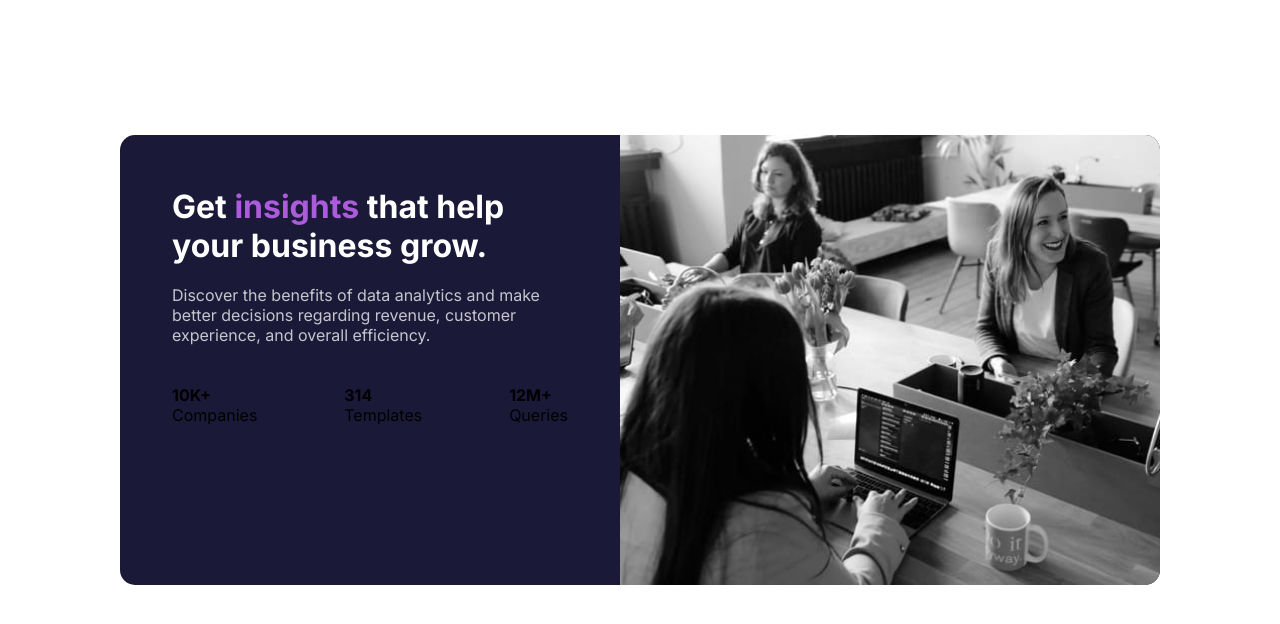
Repository: keisewarsame/stats-preview-frontendmentor
Page: index.html
These files come from the project's save history. The page is drawn as it stood at one moment and after the next save; the edit follows.
The browser window is 1280 px wide. The pictures show the whole page.

Above is the page before, as saved 2022-07-12 13:00:25.

### index.html
<!DOCTYPE html>
<html lang="en">
<head>
  <meta charset="UTF-8">
  <meta name="viewport" content="width=device-width, initial-scale=1.0"> <!-- displays site properly based on user's device -->
  <link rel="icon" type="image/png" sizes="32x32" href="./images/favicon-32x32.png">
  <link rel="stylesheet" href="styles.css">
  <title>Frontend Mentor | Stats preview card component</title>
</head>
<body>
    <div class="container">
        <div class="wrapper">
            <div class="text-component">
                <h1 class="title">Get <span>insights</span> that help your business grow.</h1>
                <p class="subtitle">Discover the benefits of data analytics and make better decisions regarding revenue, customer experience, and overall efficiency.</p>
                <div class="stats-component">
                    <div>
                        <p class="num">10K+</p>
                        <p>Companies</p>
                    </div>
                    <div>
                        <p class="num">314</p>
                        <p>Templates</p>
                    </div>
                    <div>
                        <p class="num">12M+</p>
                        <p>Queries</p>
                    </div>
                </div>
            </div>
            <div class="image-component">
                <img src="/images/image-header-desktop.jpg" alt="">
            </div>
        </div>
    </div>
</body>
</html>

### styles.css
@import url('https://fonts.googleapis.com/css2?family=Inter:wght@400;700&family=Lexend+Deca&display=swap');

* {
    margin: 0;
    padding: 0;
}

body {
    display: flex;
    align-items: center;
    min-height: 100vh;
}

.container {
    margin: 0 auto;
    max-width: 1040px;
}

.wrapper {
    background-color: hsl(244, 38%, 16%);
    display: flex;
    border-radius: 15px;
    overflow: hidden;
}

.text-component {
    padding: 5%;
    font-family: 'Inter', sans-serif;
}

.title {
    color: hsl(0, 0%, 100%);
    margin-bottom: 20px;
    font-weight: 700;
}

.title span {
    color: hsl(277, 64%, 61%)
}

.subtitle {
    color: hsla(0, 0%, 100%, 0.75);
    margin-bottom: 40px;
}

.stats-component {
    display: flex;
    justify-content: space-between;
}

.num {
    color: color: hsl(0, 0%, 100%);
    font-weight: 700;
}





img {
    height: 100%;
}

After the next save:
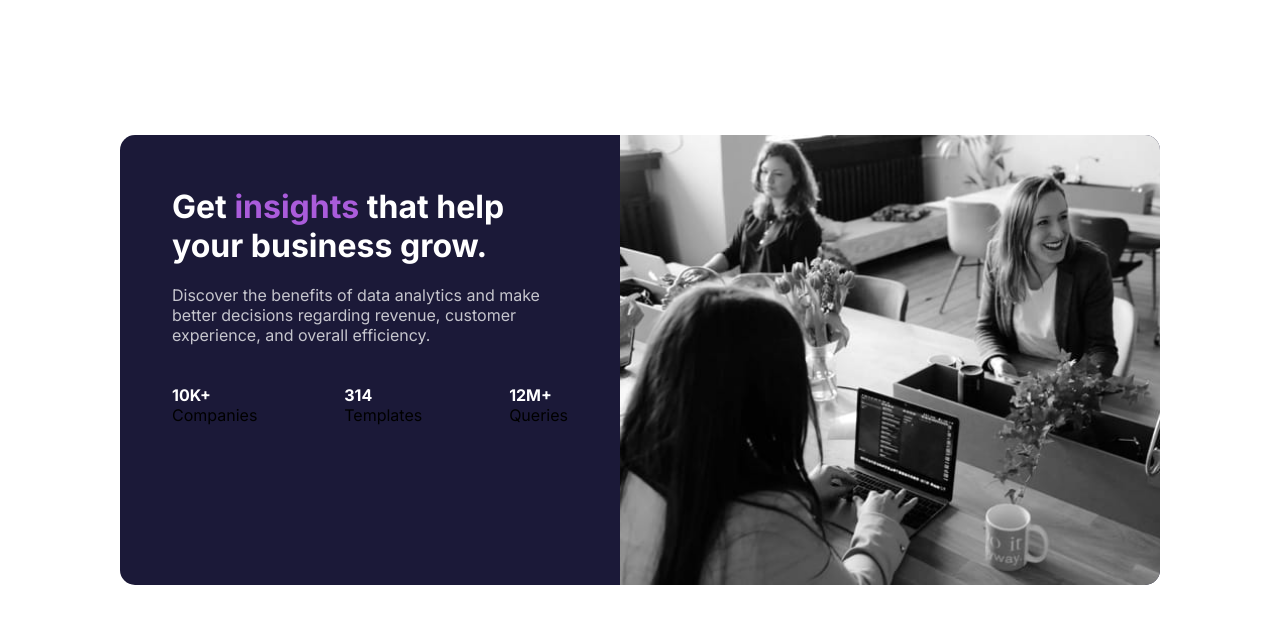
Saved 4 s later.
--- a/styles.css
+++ b/styles.css
@@ -49,7 +49,7 @@
 }
 
 .num {
-    color: color: hsl(0, 0%, 100%);
+    color: hsl(0, 0%, 100%);
     font-weight: 700;
 }
 
